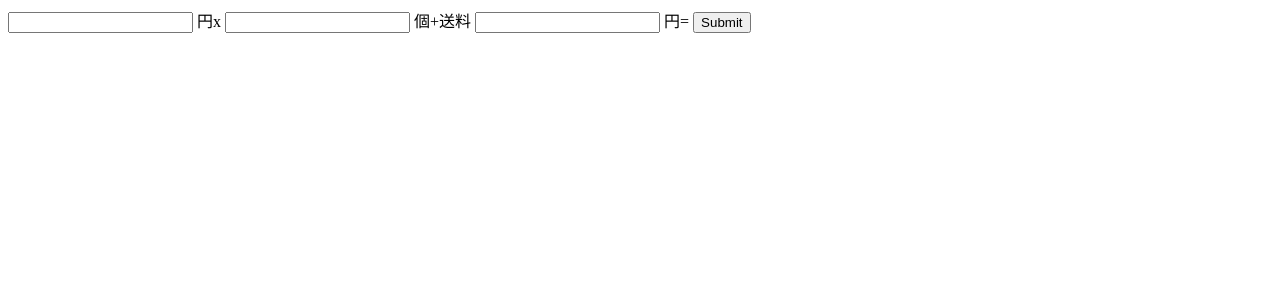
Repository: yusuke413/work-test
Page: http://localhost/HelloJSP/
These files come from the project's save history. The page is drawn as it stood at one moment and after the next save; the edit follows.
The browser window is 1280 px wide. The pictures show the whole page.
The page is served by Tomcat 9.

Above is the page before, as saved 2018-11-24 07:51:34.

### HelloJSP/WebContent/index.jsp
<%@ page language="java" contentType="text/html;
charset=UTF-8" pageEncoding="UTF-8"%>

<!DOCTYPE html>

<html>

    <head>

        <meta charset="utf-8" >

        <title>TEST</title>

    </head>

    <body>

<%--         <%! --%>

<!--          static int add(int a, int b) { -->

<!--          	return a+b; -->

<!--          } -->

<%--         %> --%>

<%--         <p>1+2=<%=add(1,2) %></p> --%>

<%--         <p>1+2=<%=add(3,4) %></p> --%>


<%--         <%! static int countA=0; %> --%>

<%--         <% --%>

<!--            int countB=0; -->

<!--          countA++; -->

<!--          countB++; -->

<!--         %> -->

<%--         <p>宣言による変数 countA=<%=countA %></p> --%>

<%--         <p>スクリプトレットによる変数 countB=<%=countB %></p> --%>


<%--         <p><% out.println(Math.random()); %></p> --%>

<%--         <p><%= Math.random() %> --%>


<!--         <p>お名前を入力してください</p> -->

<!--         <form moethod = "post" action = "greeting-out.jsp"> -->

<!--         <input type = "text" name = "user"> -->

<!--         <input type = "submit" value = "確定"> -->

<!--         </form> -->


        <form method = "post" action = "total-out.jsp">

            <input type = "text" name = "price">

            円x

            <input type = "text" name = "count">

            個+送料

            <input type = "text" name = "delivery">

            円=

            <input type = "submit" name = "計算">

        </form>

    </body>

</html>

After the next save:
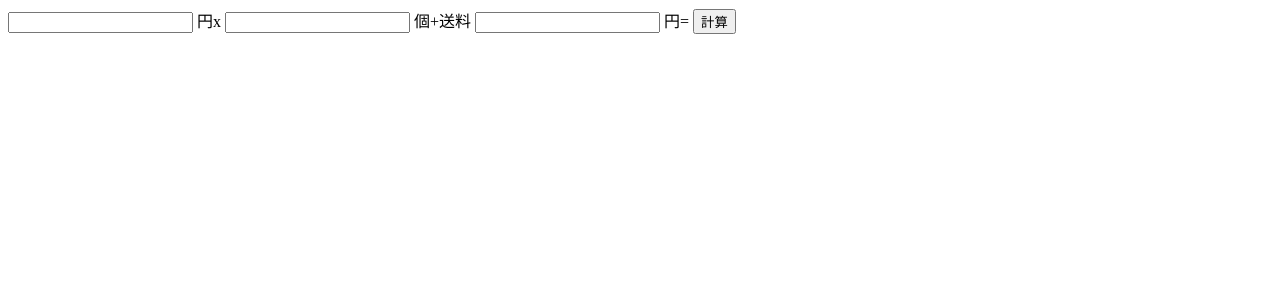
Saved 12 s later.
--- a/HelloJSP/WebContent/index.jsp
+++ b/HelloJSP/WebContent/index.jsp
@@ -77,7 +77,7 @@ charset=UTF-8" pageEncoding="UTF-8"%>
 
             円=
 
-            <input type = "submit" name = "計算">
+            <input type = "submit" value = "計算">
 
         </form>
 
